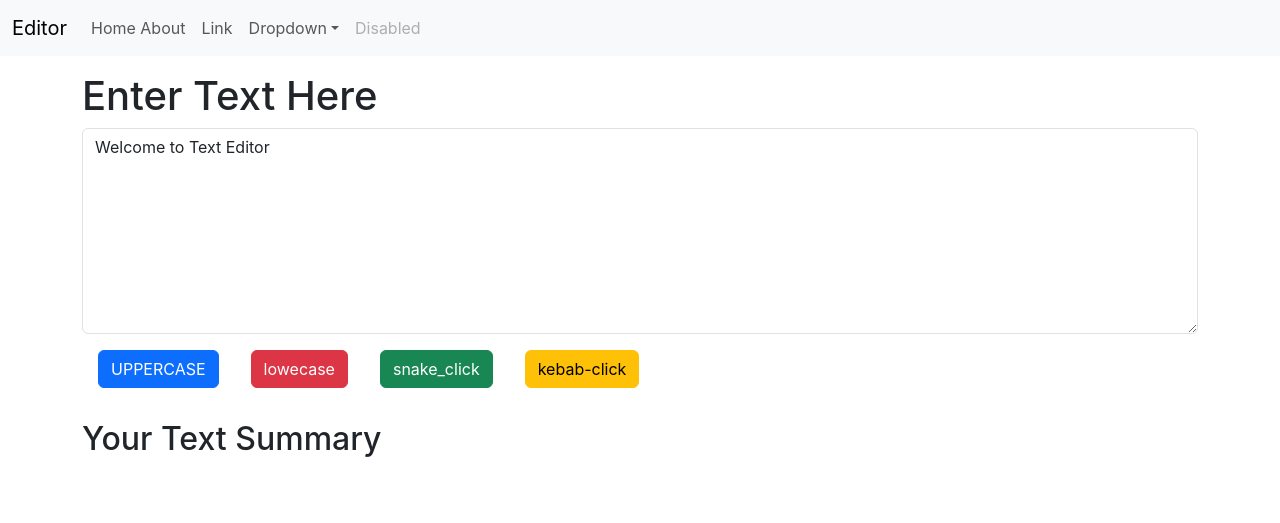
Repository: Shubham-tawar/Text-editor
Page: /
These files come from the project's save history. The page is drawn as it stood at one moment and after a run of saves; the edit follows.
The browser window is 1280 px wide. The pictures show the whole page.
The project was rebuilt for these pictures with package versions that can differ from the ones it lists, and the page was loaded fresh each time. Also part of the build but not shown: src/App.css.

Above is the page before, as saved 2025-07-07 16:43:16.

### public/index.html
<!DOCTYPE html>
<html lang="en">
  <head>
    <meta charset="utf-8" />
    <link rel="icon" href="%PUBLIC_URL%/favicon.ico" />
    <meta name="viewport" content="width=device-width, initial-scale=1" />
    <meta name="theme-color" content="#000000" />
    <meta
      name="description"
      content="Web site created using create-react-app"
    />
    <link rel="apple-touch-icon" href="%PUBLIC_URL%/logo192.png" />
    <!--
      manifest.json provides metadata used when your web app is installed on a
      user's mobile device or desktop. See https://developers.google.com/web/fundamentals/web-app-manifest/
    -->
    <link rel="manifest" href="%PUBLIC_URL%/manifest.json" />
    <!--
      Notice the use of %PUBLIC_URL% in the tags above.
      It will be replaced with the URL of the `public` folder during the build.
      Only files inside the `public` folder can be referenced from the HTML.

      Unlike "/favicon.ico" or "favicon.ico", "%PUBLIC_URL%/favicon.ico" will
      work correctly both with client-side routing and a non-root public URL.
      Learn how to configure a non-root public URL by running `npm run build`.
    -->
    <link href="https://cdn.jsdelivr.net/npm/bootstrap@5.3.7/dist/css/bootstrap.min.css" rel="stylesheet" integrity="sha384-LN+7fdVzj6u52u30Kp6M/trliBMCMKTyK833zpbD+pXdCLuTusPj697FH4R/5mcr" crossorigin="anonymous">
    <title>React App</title>
  </head>
  <body>
    <noscript>You need to enable JavaScript to run this app.</noscript>
    <div id="root"></div>
    <!--
      This HTML file is a template.
      If you open it directly in the browser, you will see an empty page.

      You can add webfonts, meta tags, or analytics to this file.
      The build step will place the bundled scripts into the <body> tag.

      To begin the development, run `npm start` or `yarn start`.
      To create a production bundle, use `npm run build` or `yarn build`.
    -->
    <script src="https://cdn.jsdelivr.net/npm/bootstrap@5.3.7/dist/js/bootstrap.bundle.min.js" integrity="sha384-ndDqU0Gzau9qJ1lfW4pNLlhNTkCfHzAVBReH9diLvGRem5+R9g2FzA8ZGN954O5Q" crossorigin="anonymous"></script>
  </body>
</html>

### src/App.js

import './App.css';
import Navbar from './components/Navbar';
import Textform from './components/Textform';

function App() {
  return (
    <>
    <Navbar title="Editor" aboutText="About"/>
    <Textform heading = "Enter Text Here"/>
    </>
  );
}

export default App;

### src/components/Navbar.js
import React from 'react'
import PropTypes from 'prop-types'
export default function Navbar(props) {
  return (
    <>
    <nav className="navbar navbar-expand-lg navbar-light bg-light">
        <div className="container-fluid">
            <a className="navbar-brand" href="/">{props.title}</a>
            <button className="navbar-toggler" type="button" data-toggle="collapse" data-target="#navbarSupportedContent" aria-controls="navbarSupportedContent" aria-expanded="false" aria-label="Toggle navigation">
                <span className="navbar-toggler-icon"></span>
            </button>

            <div className="collapse navbar-collapse" id="navbarSupportedContent">
                <ul className="navbar-nav mr-auto">
                <li className="nav-item active">
                    <a className="nav-link" href="/">Home <span className="sr-only">{props.aboutText}</span></a>
                </li>
                <li className="nav-item">
                    <a className="nav-link" href="/">Link</a>
                </li>
                <li className="nav-item dropdown">
                    <a className="nav-link dropdown-toggle" href="/" id="navbarDropdown" role="button" data-toggle="dropdown" aria-haspopup="true" aria-expanded="false">
                    Dropdown
                    </a>
                    <div className="dropdown-menu" aria-labelledby="navbarDropdown">
                    <a className="dropdown-item" href="/">Action</a>
                    <a className="dropdown-item" href="/">Another action</a>
                    <div className="dropdown-divider"></div>
                    <a className="dropdown-item" href="/">Something else here</a>
                    </div>
                </li>
                <li className="nav-item">
                    <a className="nav-link disabled" href="/">Disabled</a>
                </li>
                </ul>

            </div>
        </div>

    </nav>
    </>
  )
}

Navbar.propTypes = {
    title: PropTypes.string,
    aboutText: PropTypes.string
}

### src/components/Textform.js
import React, {useState} from 'react'
import PropTypes from 'prop-types'


export default function Textform(props) {
    const [text, setText] = useState("Welcome to Text Editor");

    function handleUpClick(){
        console.log("Uppercase was clicked");
        let newText = text.toUpperCase();
        setText(newText);
    }

    function handleLowClick(){
        console.log("Lowercase was clicked");
        let newText = text.toLowerCase();
        setText(newText);
    }
    function handleSnakeClick(){
        console.log("Snake Case was clicked");
        let newText = text.replace(/\s+/g, '_').toLowerCase();
        setText(newText);
    }
    function handleKebabClick(){
        console.log("Kebab Case was clicked");
        let newText = text.replace(/_/g, '-').toLowerCase();
        setText(newText);
    }
    function handleOnChange(event){  // able to change teh text in the textarea
        setText(event.target.value);
    }

    return (
        <>
        <form className='container my-3'>

            <div className="form-group">
                <h1>{props.heading}</h1>
                <textarea className="form-control" id="exampleFormControlTextarea1" onChange={handleOnChange} rows="8" value={text} placeholder='Text Area'></textarea>
            </div>
            <button type='button' className="btn btn-primary m-3" onClick={handleUpClick}>UPPERCASE</button>
            <button type='button' className="btn btn-danger m-3" onClick={handleLowClick}>lowecase</button>
            <button type='button' className="btn btn-success m-3" onClick={handleSnakeClick}>snake_click</button>
            <button type='button' className="btn btn-warning m-3" onClick={handleKebabClick}>kebab-click</button>
        </form>
        <div className="container">
            <h2>Your Text Summary</h2>
            <p><b>{}</b></p>
        </div>

        </>
    )
}

Textform.propTypes = {
    heading: PropTypes.string
}

Textform.defaultProps = {
    heading: "Enter Text Here"
}

Loaded but not shown: src/index.js (common file); src/index.css (common file); src/reportWebVitals.js (common file)

After the next 3 saves:
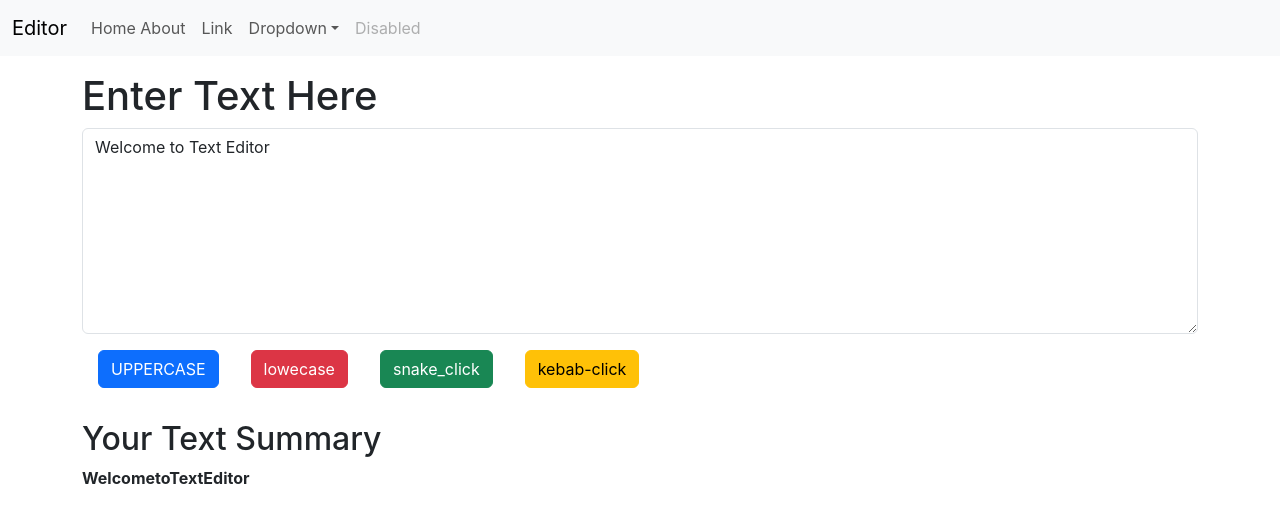
The 3 saves are shown as one change because they came seconds apart.
The last was saved 7 s later.
--- a/src/components/Textform.js
+++ b/src/components/Textform.js
@@ -45,7 +45,7 @@ export default function Textform(props) {
         </form>
         <div className="container">
             <h2>Your Text Summary</h2>
-            <p><b>{}</b></p>
+            <p><b>{text.split(' ')}</b></p>
         </div>
 
         </>
